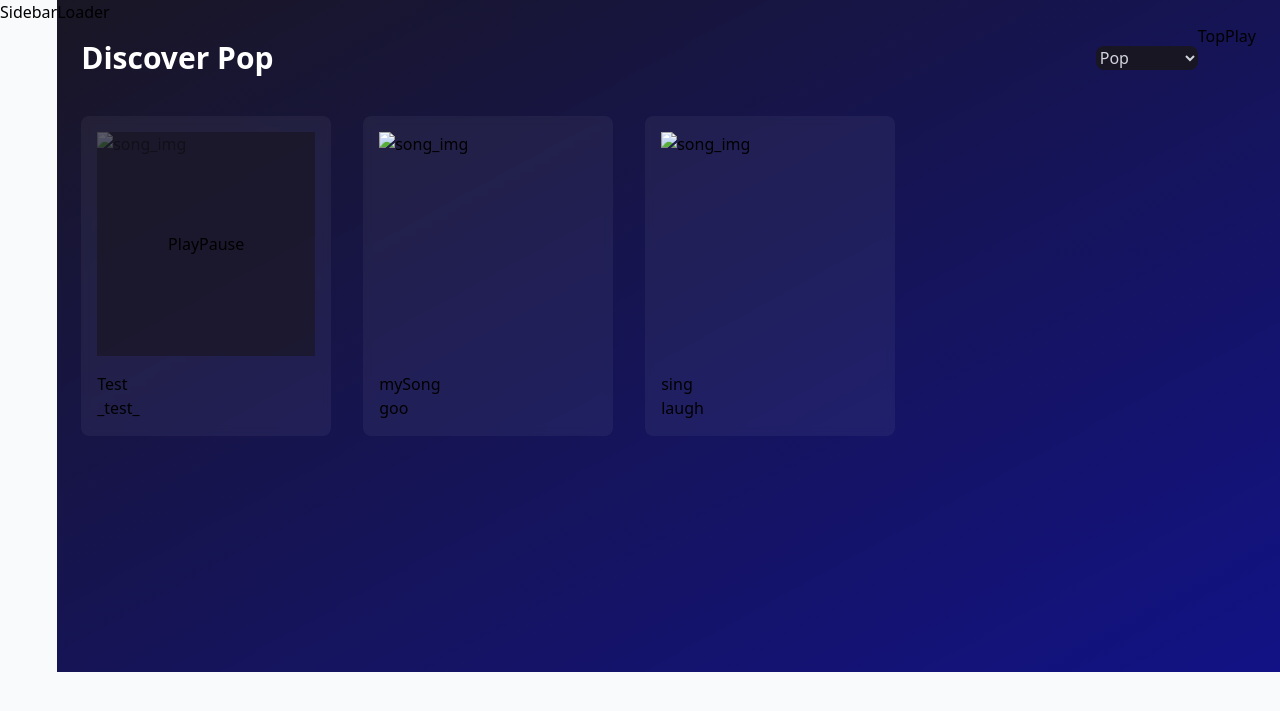
Repository: Chris24T/Dotify
Page: /
These files come from the project's save history. The page is drawn as it stood at one moment and after the next save; the edit follows.
The browser window is 1280 px wide. The pictures show the whole page.
The project was rebuilt for these pictures with package versions that can differ from the ones it lists, and the page was loaded fresh each time. Also part of the build but not shown: vite.config.js, src/components/ArtistCard.jsx, src/components/DetailsHeader.jsx, src/components/SongBar.jsx, src/components/RelatedSongs.jsx, src/components/MusicPlayer/Controls.jsx, src/components/MusicPlayer/Player.jsx, src/components/MusicPlayer/Seekbar.jsx and 12 more.

Above is the page before, as saved 2022-12-03 22:09:15.

### src/redux/store.js
import { configureStore } from '@reduxjs/toolkit';

import { shazamCoreApi } from './services/shazamCore';
import playerReducer from './features/playerSlice';

export const store = configureStore({
  reducer: {
    player: playerReducer,
    [shazamCoreApi.reducerPath]: shazamCoreApi.reducer,
  },
  middleware: (getDefaultMiddleware) =>
    getDefaultMiddleware().concat(shazamCoreApi.middleware),
});

### src/redux/services/shazamCore.js
import { createApi, fetchBaseQuery } from '@reduxjs/toolkit/query/react';

const baseHeaders = {
  'X-RapidAPI-Key': 'aa86041609msh651730729ed9b3dp1da6e2jsn7ec97b06be13',
  'X-RapidAPI-Host': 'shazam-core.p.rapidapi.com',
};

export const shazamCoreApi = createApi({
  reducerPath: 'shazamCoreApi',
  baseQuery: fetchBaseQuery({
    baseUrl: 'https://shazam-core.p.rapidapi.com/v1',
    prepareHeaders: (headers) => {
      headers.set({ baseHeaders });
      return headers;
    },
  }),
  endpoints: (builder) => ({
    getTopCharts: builder.query({ query: (genre) => '/charts/world' }),
  }),
});
// redux toolkit auto generates a hook
export const { useGetTopChartsQuery } = shazamCoreApi;

### src/redux/features/playerSlice.js
import { createSlice } from '@reduxjs/toolkit';

const initialState = {
  currentSongs: [],
  currentIndex: 0,
  isActive: false,
  isPlaying: false,
  activeSong: {},
  genreListId: '',
};

const playerSlice = createSlice({
  name: 'player',
  initialState,
  reducers: {
    setActiveSong: (state, action) => {
      state.activeSong = action.payload.song;

      if (action.payload?.data?.tracks?.hits) {
        state.currentSongs = action.payload.data.tracks.hits;
      } else if (action.payload?.data?.properties) {
        state.currentSongs = action.payload?.data?.tracks;
      } else {
        state.currentSongs = action.payload.data;
      }

      state.currentIndex = action.payload.i;
      state.isActive = true;
    },

    nextSong: (state, action) => {
      if (state.currentSongs[action.payload]?.track) {
        state.activeSong = state.currentSongs[action.payload]?.track;
      } else {
        state.activeSong = state.currentSongs[action.payload];
      }

      state.currentIndex = action.payload;
      state.isActive = true;
    },

    prevSong: (state, action) => {
      if (state.currentSongs[action.payload]?.track) {
        state.activeSong = state.currentSongs[action.payload]?.track;
      } else {
        state.activeSong = state.currentSongs[action.payload];
      }

      state.currentIndex = action.payload;
      state.isActive = true;
    },

    playPause: (state, action) => {
      state.isPlaying = action.payload;
    },

    selectGenreListId: (state, action) => {
      state.genreListId = action.payload;
    },
  },
});

export const { setActiveSong, nextSong, prevSong, playPause, selectGenreListId } = playerSlice.actions;

export default playerSlice.reducer;

### src/components/SongCard.jsx
import { Link } from 'react-router-dom';
import { useDispatch } from 'react-redux';

import PlayPause from './PlayPause';
import { playPause, setActiveSong } from '../redux/features/playerSlice';

const SongCard = ({ song, i }) => {
  const activeSong = { title: 'Test' };

  return (
    <div
      className="flex flex-col w-[250px] p-4 bg-white/5 bg-opacity-80
     backdrop-blur-sm animate-slideup rounded-lg cursor-pointer"
    >
      <div className="relative w-full h-56 group">
        <div
          className={`absolute inset-0 justify-center items-center
          bg-black bg-opacity-50 group-hover:flex ${
            activeSong?.title === song.title
              ? 'flex bg-black bg-opacity-70'
              : 'hidden'
          }`}
        >
          <PlayPause />
        </div>
        <img alt="song_img" src={song.image?.coverart} />
      </div>
      <div className="mt-4 flex flex-col">
        <p>
          <Link>{song.title}</Link>
        </p>
        <p>
          <Link>{song.subtitle}</Link>
        </p>
      </div>
    </div>
  );
};

export default SongCard;

### src/pages/Discover.jsx
import { Error, Loader, SongCard } from '../components';
import { genres } from '../assets/constants';

import { useGetTopChartsQuery } from '../redux/services/shazamCore';

const Discover = () => {
  // const { data, isFetching, error } = useGetTopChartsQuery();
  const data = [
    { title: 'Test', subtitle: '_test_' },
    { title: 'mySong', subtitle: 'goo' },
    { title: 'sing', subtitle: 'laugh' },
  ];
  const isFetching = false;
  const genreTitle = 'Pop';

  if (isFetching) return <Loader title="Loading Songs..." />;
  // if (error) return <Error />;

  return (
    <div className="flex flex-col">
      <div className="w-full flex justify-between items-center sm:flex-row flex-col mt-4 mb-10">
        <h2 className="font-bold text-3xl text-white text-left">
          Discover {genreTitle}
        </h2>
        <select
          onChange={() => {}}
          value=""
          className="bg-black rounded-lg outline-none text-gray-300 sm:mt-0 mt-5"
        >
          {genres.map((genre) => (
            <option key={genre.value} value={genre.value}>
              {genre.title}
            </option>
          ))}
        </select>
      </div>
      <div className="flex flex-wrap sm:justify-start justify-center gap-8">
        {data.map((song, i) => {
          return <SongCard key={song.key} song={song} i={i}></SongCard>;
        })}
      </div>
    </div>
  );
};

export default Discover;

### src/components/PlayPause.jsx
const PlayPause = () => <div>PlayPause</div>;

export default PlayPause;

### src/assets/constants.js
import { HiOutlineHashtag, HiOutlineHome, HiOutlinePhotograph, HiOutlineUserGroup } from 'react-icons/hi';

export const genres = [
  { title: 'Pop', value: 'POP' },
  { title: 'Hip-Hop', value: 'HIP_HOP_RAP' },
  { title: 'Dance', value: 'DANCE' },
  { title: 'Electronic', value: 'ELECTRONIC' },
  { title: 'Soul', value: 'SOUL_RNB' },
  { title: 'Alternative', value: 'ALTERNATIVE' },
  { title: 'Rock', value: 'ROCK' },
  { title: 'Latin', value: 'LATIN' },
  { title: 'Film', value: 'FILM_TV' },
  { title: 'Country', value: 'COUNTRY' },
  { title: 'Worldwide', value: 'WORLDWIDE' },
  { title: 'Reggae', value: 'REGGAE_DANCE_HALL' },
  { title: 'House', value: 'HOUSE' },
  { title: 'K-Pop', value: 'K_POP' },
];

export const links = [
  { name: 'Discover', to: '/', icon: HiOutlineHome },
  { name: 'Around You', to: '/around-you', icon: HiOutlinePhotograph },
  { name: 'Top Artists', to: '/top-artists', icon: HiOutlineUserGroup },
  { name: 'Top Charts', to: '/top-charts', icon: HiOutlineHashtag },
];

Loaded but not shown: index.html (common file); src/index.jsx (common file); src/index.css (common file); src/App.jsx (common file); src/components/index.js (common file); src/pages/index.js (common file); src/components/Sidebar.jsx (common file); src/components/Searchbar.jsx (common file); src/components/TopPlay.jsx (common file); tailwind.config.js (common file)

After the next save:
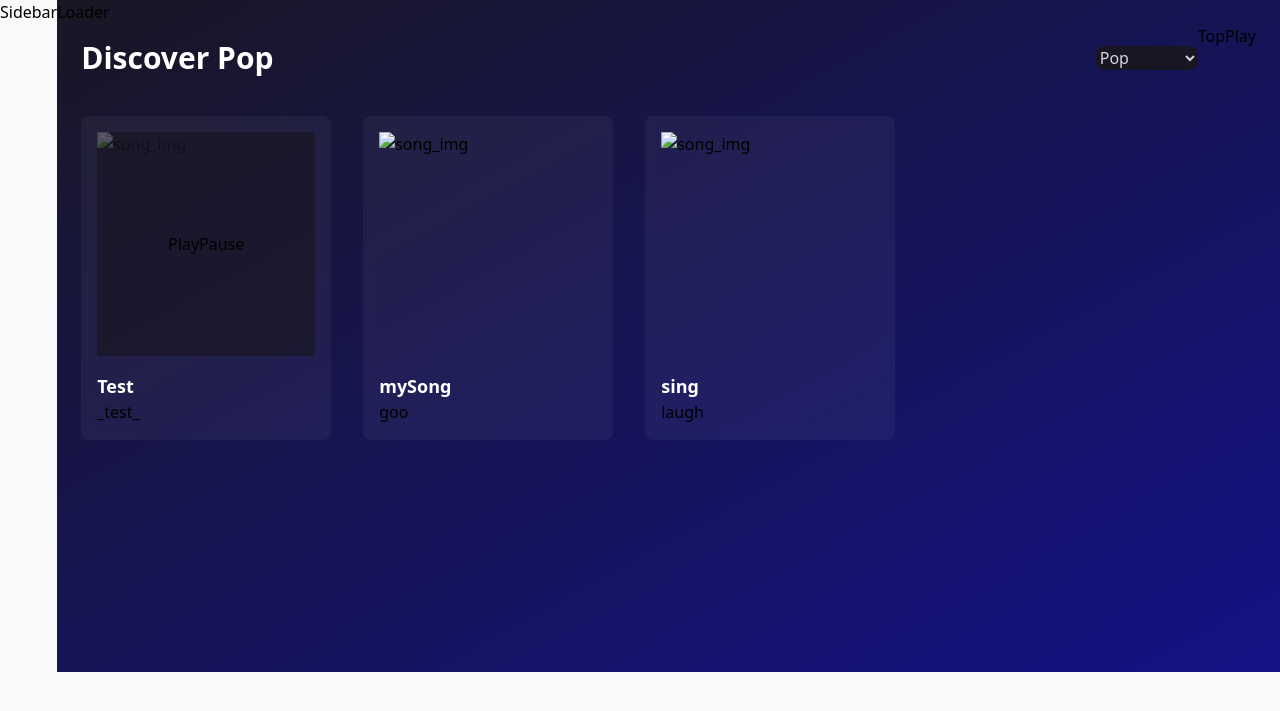
Saved 32 s later.
--- a/src/components/SongCard.jsx
+++ b/src/components/SongCard.jsx
@@ -26,7 +26,7 @@ const SongCard = ({ song, i }) => {
         <img alt="song_img" src={song.image?.coverart} />
       </div>
       <div className="mt-4 flex flex-col">
-        <p>
+        <p className="font-semibold text-lg text-white truncate">
           <Link>{song.title}</Link>
         </p>
         <p>
